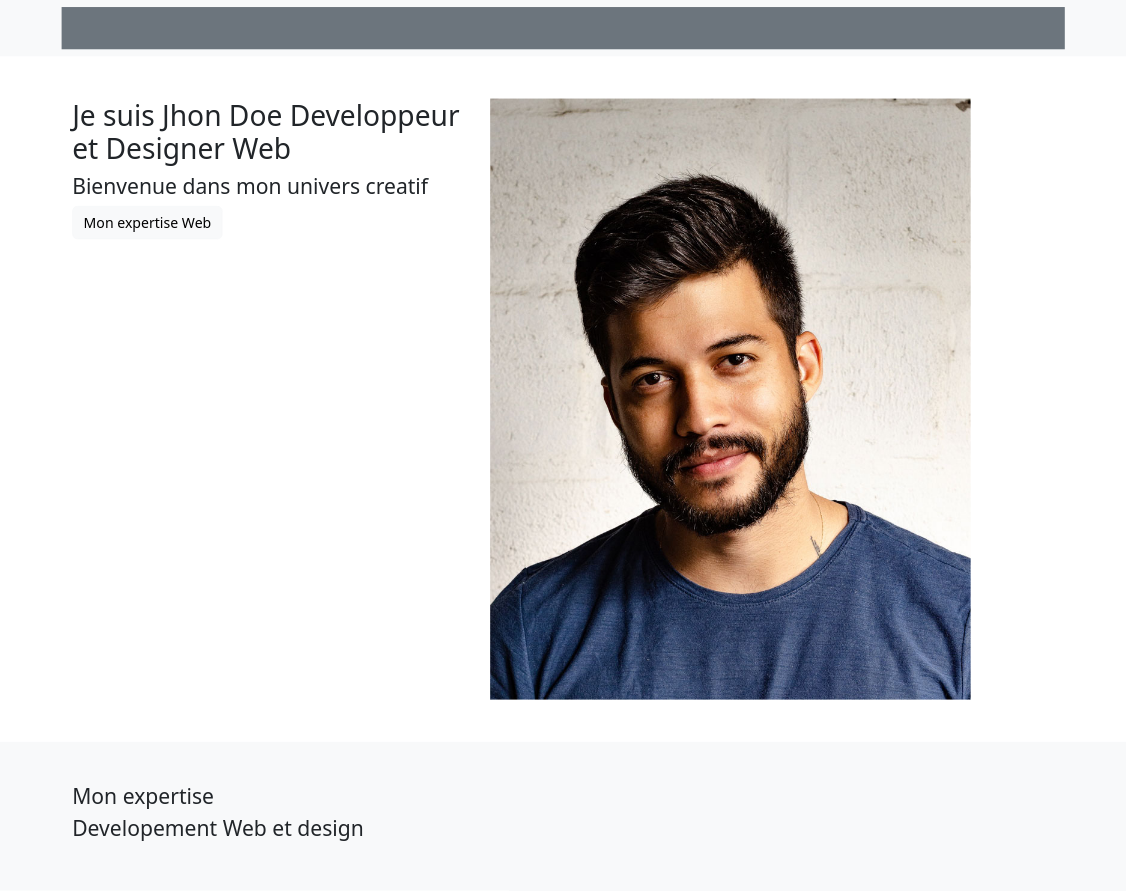
Repository: wadelfadill/Bootstrap_tache_1_portfolio
Page: index.html
The author's editor kept a copy of each file at every save. The page is drawn from the files as they stood at one save, then again after the next save.
The browser window is 1280 px wide. The pictures show the whole page, at 88% of full size.

Above is the page before, as saved 2023-03-27 12:18:32.

### index.html
<!DOCTYPE html>
<html lang="en">
<head>
    <meta charset="UTF-8">
    <meta http-equiv="X-UA-Compatible" content="IE=edge">
    <meta name="viewport" content="width=device-width, initial-scale=1.0">
    <title>Portfolio_Bootstrap</title>
    <link href="https://cdn.jsdelivr.net/npm/bootstrap@5.3.0-alpha2/dist/css/bootstrap.min.css" rel="stylesheet" integrity="sha384-aFq/bzH65dt+w6FI2ooMVUpc+21e0SRygnTpmBvdBgSdnuTN7QbdgL+OapgHtvPp" crossorigin="anonymous">
    <link rel="stylesheet" href="style.css">
</head>
<body>
    <header>
        <nav class="navbar bg-light container-fluid">
            <div class="container bg-secondary py-4">

            </div>
        </nav>
    </header>
    <main>
        <section class="my-5">
            <div class="container">
                <div class="row">
                    <div class="col-5">
                        <p class="h2">Je suis Jhon Doe Developpeur et Designer Web</p>
                        <p class="h4">Bienvenue dans mon univers creatif</p>
                        <a class="btn btn-light" href="#" role="button">Mon expertise Web</a>

                    </div>
                    <div class="col-6">
                        <img src="img/portrait.jpg" alt="profile de Jhon Doe" class="w-100">
                    </div>
                </div>
            </div>
        </section>
        <section>
            <div class="container-fluid bg-light py-5 mt-5">
                <div class="container">
                 <p class="h4">Mon expertise</p>
                 <p class="h4">Developement Web et design</p>

             </div>
        </section>
        <section></section>
        <section></section>
    </main>



</body>
</html>

Loaded but not shown: style.css (no stored copy; drawn as an empty file)

After the next save:
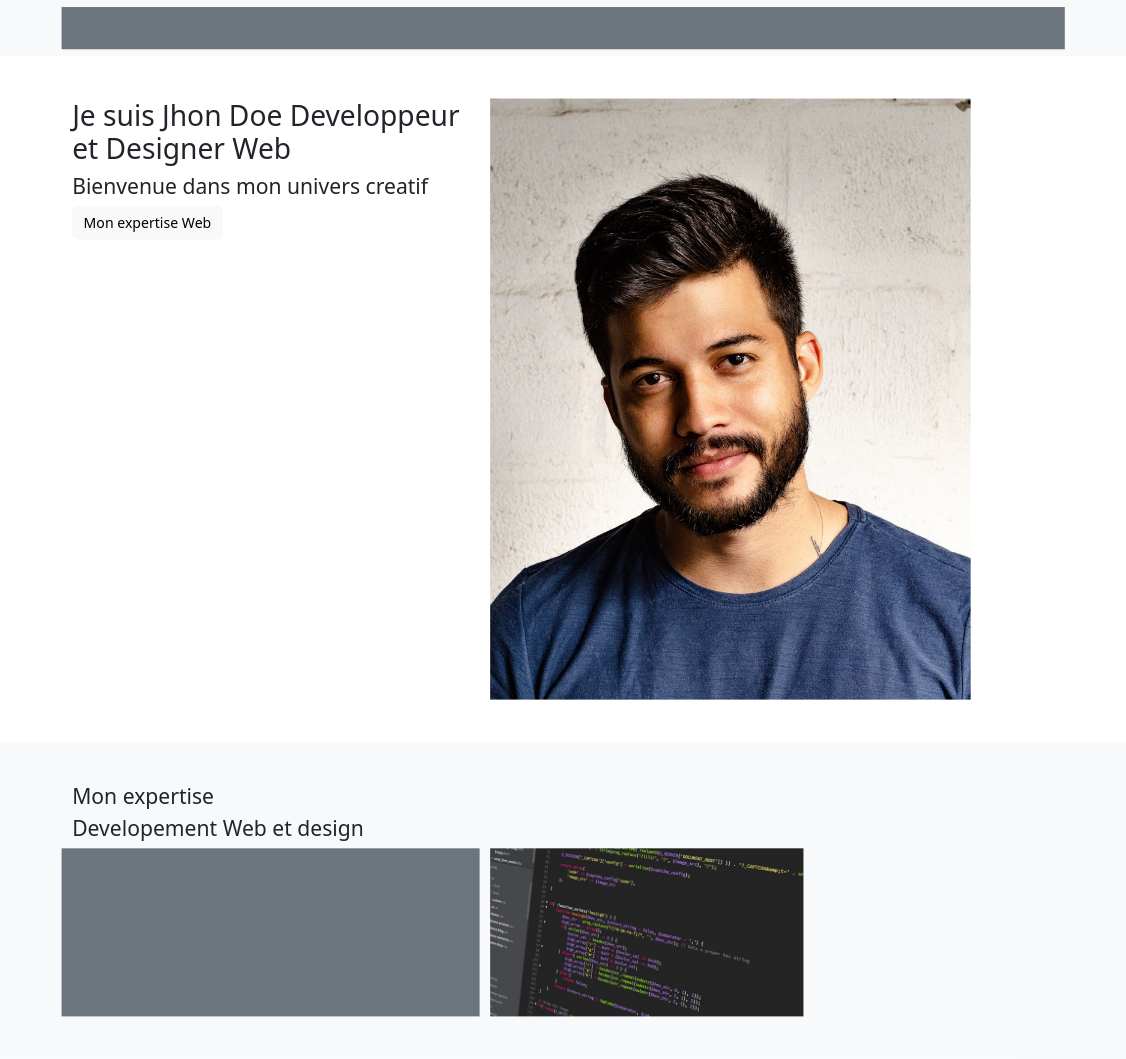
Saved 6 min 46 s later.
--- a/index.html
+++ b/index.html
@@ -37,7 +37,14 @@
                 <div class="container">
                  <p class="h4">Mon expertise</p>
                  <p class="h4">Developement Web et design</p>
+                <div class="row">
+                    <div class="col-5 bg-secondary">
 
+                    </div>
+                    <div class="col-4">
+                        <img src="img/code.jpg" alt="" class="w-100">
+                    </div>
+                </div>
              </div>
         </section>
         <section></section>
